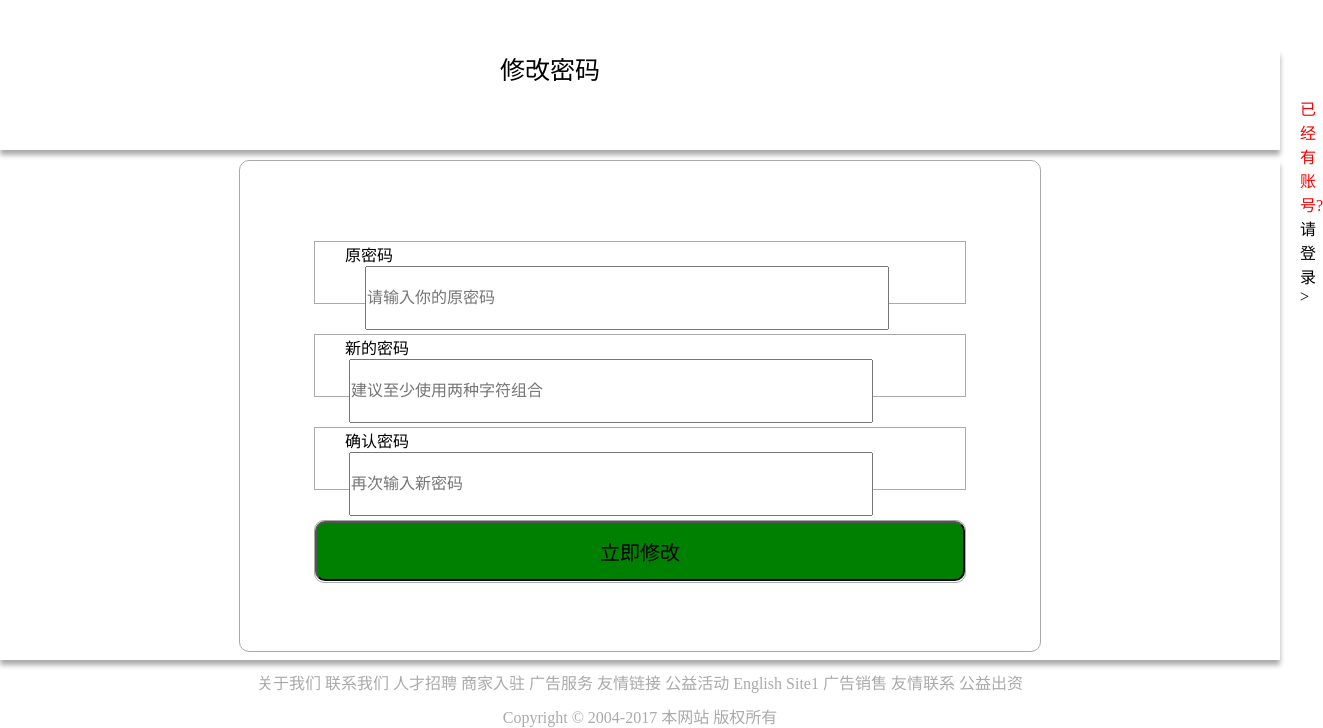
Repository: huaermao123/shopping
Page: http://localhost/Login2_02/xiugaimima.jsp
The author's editor kept a copy of each file at every save. The page is drawn from the files as they stood at one save, then again after the next save.
The browser window is 1280 px wide. The page is 1323 px wide, so the pictures cover 1323 px, including what lies to the right of the window. The pictures show the whole page.
The page is served by Tomcat 9. Other server files are loaded and not shown.

Above is the page before, as saved 2017-10-15 06:40:42.

### Login2_02/WebContent/xiugaimima.jsp
<%@ page language="java" contentType="text/html; charset=UTF-8"
    pageEncoding="UTF-8"%>
<!DOCTYPE html>
<html>
	<head>
		<meta charset="UTF-8">
		<title></title>
		<link rel="stylesheet" href="css/Register.css" />

	</head>
	<body>
		<div id="_head"><p id="head">修改密码</p><p><a href="Login.jsp"><span>已经有账号?</span>请登录 ></a></p></div>
		<form  action="updateConsServlet" method="post">
		<div id="table">
		       <div id="biaokaung">
				<div id="tb_01">

					<div><span class="pagename">原密码</span><input type="text" placeholder="请输入你的原密码"/></div>
				</div>

				<div id="tb_02">

					<div><span class="pagename">新的密码</span><input type="password"  placeholder="建议至少使用两种字符组合"/></div>
				</div>
				<div id="tb_03">

					<div><span class="pagename">确认密码</span><input type="password" name="hpsw" placeholder="再次输入新密码"/></div>
				</div>
				<div id="tb_04">
					<div colspan="2"><input type="submit" value="立即修改"/></div>

				</div>
				</div>

		</div>
		</form>

		<div id="foot">
			<div id="ul">
			<ul>
			<li><a href="#">关于我们</a></li>
			<li><a href="#">联系我们</a></li>
			<li><a href="#">人才招聘</a></li>
			<li><a href="#">商家入驻</a></li>
			<li><a href="#">广告服务</a></li>
			<li><a href="#">友情链接</a></li>
		    <li><a href="#">公益活动</a></li>
		    <li><a href="#">English Site1</a></li>
		    <li><a href="#">广告销售</a></li>
			<li><a href="#">友情联系</a></li>
		    <li><a href="#">公益出资</a></li>

			</ul>
			<div>
			<p>Copyright © 2004-2017  本网站 版权所有</p>

		</div>
	</body>
</html>

### Login2_02/WebContent/css/Register.css
*{
	padding:0px;
	margin: 0px;
}

#_head{
	width: 100%;
	height: 100px;

	box-shadow: 0px 5px 5px #aaa;
}
#_head #head{
	font-size: 25px;
	margin-top: 50px;
	margin-left: 500px;
	font-family: "微软雅黑";
}
#_head #head+p{
	margin-left: 1300px;
	margin-top: 10px;
}
#_head #head+p a{
	font-size: 16px;
	text-decoration: none;
	color: #000000;
}
#_head #head+p a span{
	color: red;
}
#_head #head+p a:hover{
color: red;
}

/*
 * table
 */
#table{
 height: 500px;
 width: 100%;
margin-top: -20px;
box-shadow: 0px 5px 5px #aaa;
}
#table #tb_01{
	height: 61px;
	width: 650px;
	border: 1px solid #AAAAAA;
	 margin: 30px auto;
}
#table #tb_01 span{
	font-size: 16px;
  padding-left: 30px;
}
#table #tb_01 input{
margin-left: 50px;
 width: 520px;
 height: 60px;
 font-size: 16px;
}
#table #tb_02{
	height: 61px;
	width: 650px;
	border: 1px solid #AAAAAA;
	 margin: 30px auto;
}
#table #tb_02 span{
	font-size: 16px;
  padding-left: 30px;
}
#table #tb_02 input{

margin-left: 34px;
 width: 520px;
 height: 60px;
 font-size: 16px;
}
#table #tb_03{
	height: 61px;
	width: 650px;
	border: 1px solid #AAAAAA;
	 margin: 30px auto;
}
#table #tb_03 span{
	font-size: 16px;
  padding-left: 30px;
}
#table #tb_03 input{
margin-left: 34px;
 width: 520px;
 height: 60px;
 font-size: 16px;
}
#table #tb_04{
	height: 61px;
	width: 650px;
	border: 1px solid #AAAAAA;
	 margin: 30px auto;
	 border-radius:10px ;
}
#table #tb_04 input{
background-color: green;
 border-radius:10px ;
 width: 650px;
 height: 60px;
 font-size: 20px;
}
/**
 * foot
 */
#foot{
	height: 50px;
	width: 100%;

	text-align: center;
	margin-top: 10px;

}

#foot ul{
	list-style: none;
}
#foot ul li{
	display: inline-block;
}
#foot ul li a{
	text-decoration: none;
	font-size:16px;
	color: #AAAAAA;
}
#foot p{
	margin-top: 10px;
	color: #AAAAAA;
	font-size:16px;
}

/*
 * 附加的
 */
#biaokaung{
	width:800px ;
	 height: 400px;
	 border: 1px solid #AAAAAA;
	 margin:  30px auto;
	 padding:50px 0px 40px 0px  ;
	 border-radius:10px ;
}

After the next save:
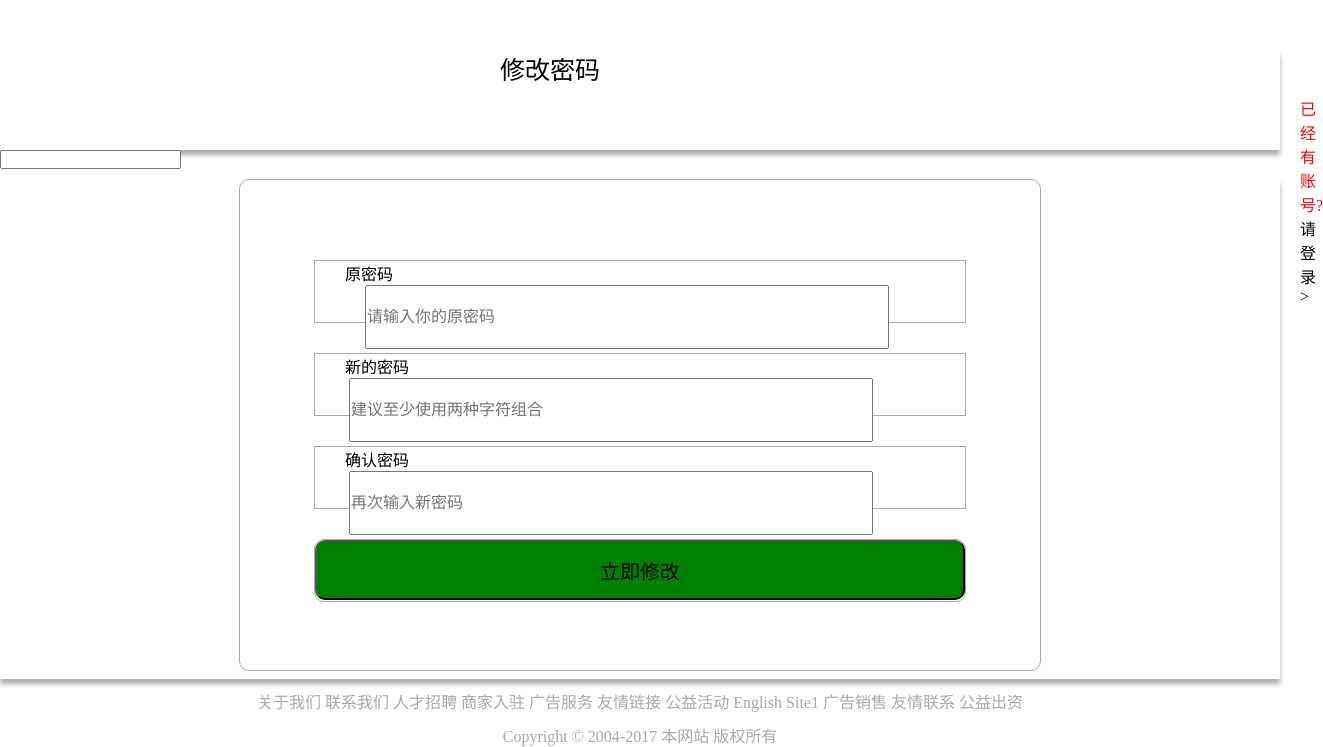
Saved 65 s later.
--- a/Login2_02/WebContent/xiugaimima.jsp
+++ b/Login2_02/WebContent/xiugaimima.jsp
@@ -11,6 +11,7 @@
 	<body>
 		<div id="_head"><p id="head">修改密码</p><p><a href="Login.jsp"><span>已经有账号?</span>请登录 ></a></p></div>
 		<form  action="updateConsServlet" method="post">
+		<input type="text" name="name1" value="${loginname}"/>
 		<div id="table">
 		       <div id="biaokaung">
 				<div id="tb_01">
